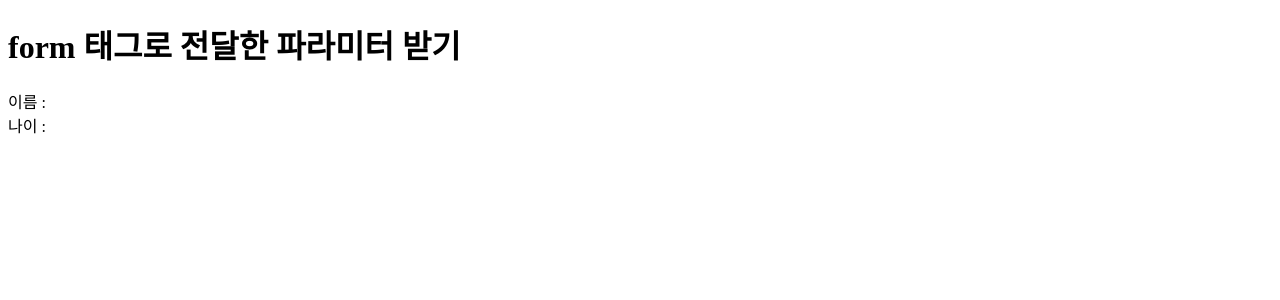
Repository: havanara/240411_JSTL_Project
Page: http://localhost/jstl_study/step-4.jsp
These files come from the project's save history. The page is drawn as it stood at one moment and after the next save; the edit follows.
The browser window is 1280 px wide. The pictures show the whole page.
The page is served by Tomcat 9.

Above is the page before, as saved 2024-04-11 03:34:35.

After the next save:
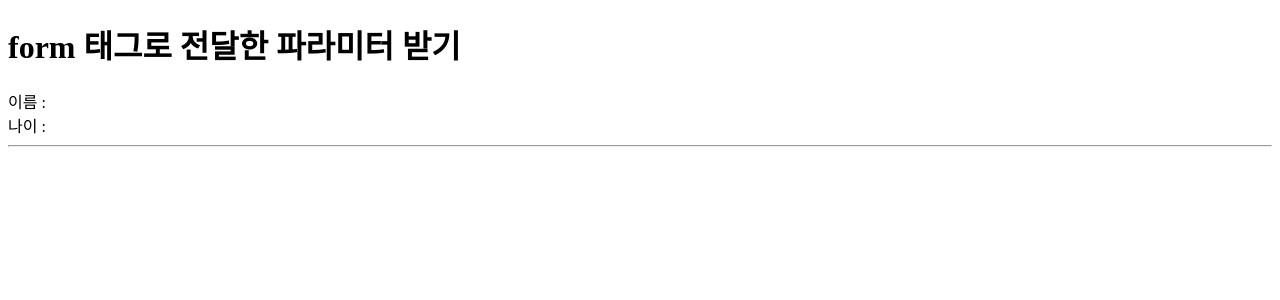
Saved 63 s later.
--- a/jstl_study/src/main/webapp/step-4.jsp
+++ b/jstl_study/src/main/webapp/step-4.jsp
@@ -13,11 +13,16 @@
 이름 : ${param.name } <br>
 나이 : ${param.age } <br>
 
+<!-- 스크립틀릿 방식으로 파라미터 가져오기 -->
+
+
 <!-- c:if이용하여 나이가 18세 이하면 미성년자 입니다 라고 출력 -->
 
 <c:if test="${param.age <= 18 }">
 	<h2>${param.name }은 미성년자 입니다.</h2>
 </c:if>
 
+<hr>
+
 </body>
 </html>
